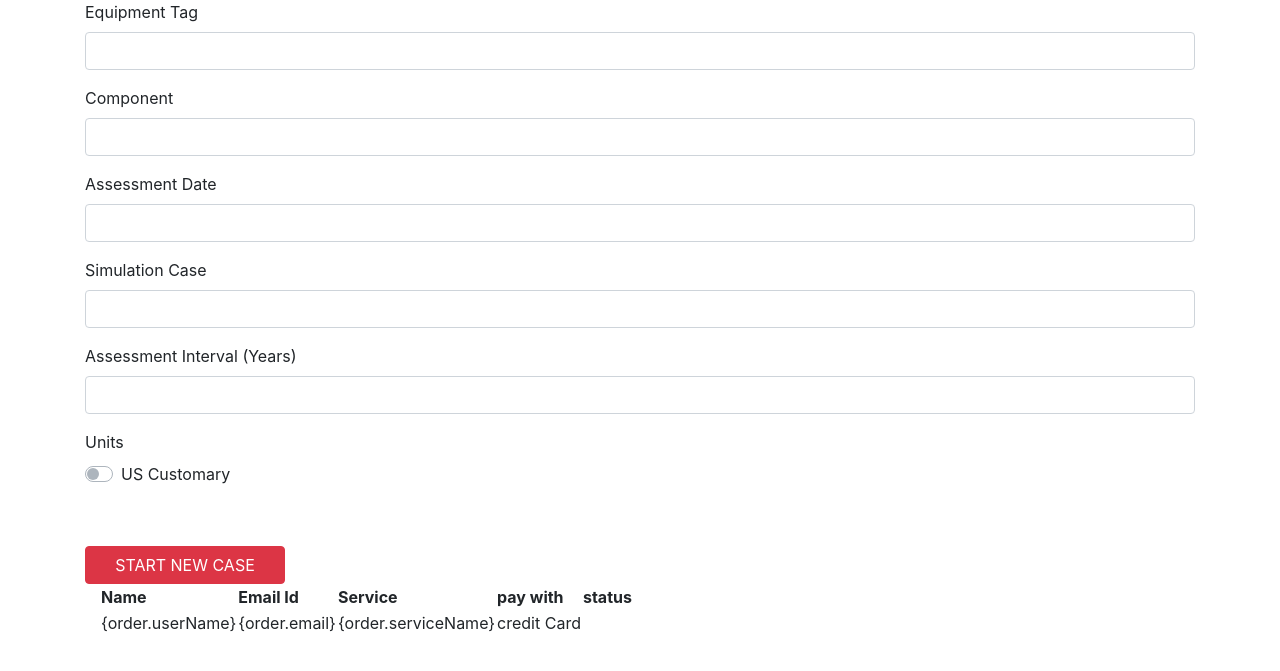
Repository: arif286/dashboard
Page: /
These files come from the project's save history. The page is drawn as it stood at one moment and after the next save; the edit follows.
The browser window is 1280 px wide. The pictures show the whole page.
The project was rebuilt for these pictures with package versions that can differ from the ones it lists, and the page was loaded fresh each time. The framework's server and built-in components were replaced by stand-ins that run in the browser. Also part of the build but not shown: nuxt.config.js, components/Nav.vue.

Above is the page before, as saved 2021-06-18 17:37:09.

### components/Form.vue
<template>
  <div>
    <form class="Assessment-input" action="">
      <div class="mb-3">
        <label for="Input1" class="form-label">Equipment Tag</label>
        <input id="Input1" type="text" class="form-control">
      </div>
      <div class="mb-3">
        <label for="Input2" class="form-label">Component</label>
        <input id="Input2" type="text" class="form-control">
      </div>
      <div class="mb-3">
        <label for="Input3" class="form-label">Assessment Date</label>
        <input id="Input3" type="text" class="form-control">
      </div>
      <div class="mb-3">
        <label for="Input4" class="form-label">Simulation Case</label>
        <input id="Input4" type="text" class="form-control">
      </div>
      <div class="mb-3">
        <label for="Input5" class="form-label">Assessment Interval (Years)</label>
        <input id="Input5" type="text" class="form-control">
      </div>
      <div>
        <label for="Input5" class="form-label">Units</label>
        <b-form-checkbox v-model="checked" name="check-button" switch>
          US Customary
        </b-form-checkbox>
      </div>
      <b-button class="submit-button" type="submit" variant="danger">
        START NEW CASE
      </b-button>
    </form>
  </div>
</template>
<script>
export default {
  data () {
    return {
      form: {
        email: '',
        name: '',
        food: null,
        checked: []
      },
      foods: [
        { text: 'Select One', value: null },
        'Carrots',
        'Beans',
        'Tomatoes',
        'Corn'
      ],
      show: true,
      checked: false
    }
  },
  methods: {
    onSubmit (event) {
      event.preventDefault()
      alert(JSON.stringify(this.form))
    }
  }
}
</script>
<style>
.submit-button {
  width: 200px;
  margin-top: 60px;
}
.Assessment-input input:focus {
  border-color: red;
  box-shadow: none;
}
</style>

### components/Table.vue
<template>
  <div>
    <table className="table table-borderless">
      <thead>
        <tr>
          <th className="text-secondary" scope="col">
            Name
          </th>
          <th className="text-secondary" scope="col">
            Email Id
          </th>
          <th className="text-secondary" scope="col">
            Service
          </th>
          <th className="text-secondary" scope="col">
            pay with
          </th>
          <th className="text-secondary" scope="col">
            status
          </th>
        </tr>
      </thead>
      <tbody>
        <tr>
          <td>{order.userName}</td>
          <td>{order.email}</td>
          <td>{order.serviceName}</td>
          <td>credit Card</td>
          <!-- <td>
            <select
              onBlur="{()"
              =
            >
              {
              handleUpdate(order._id);
              }}
              onChange={handleChange}
              className="form-select"
              aria-label="Default select example"
              >
              <option value="{order.status}">
                Pending
              </option>
              <option value="On going">
                On going
              </option>
              <option value="Done">
                Done
              </option>
            </select>
          </td> -->
        </tr>
      </tbody>
    </table>
  </div>
</template>
<script></script>
<style></style>

### pages/index.vue
<template>
  <div class="container">
    <div class="col-">
      <Form />
    </div>
    <div class="col-7">
      <Table />
    </div>
  </div>
</template>

<script>
// eslint-disable-next-line semi
export default {};
</script>

<style></style>

Loaded but not shown: layouts/default.vue (common file)

After the next save:
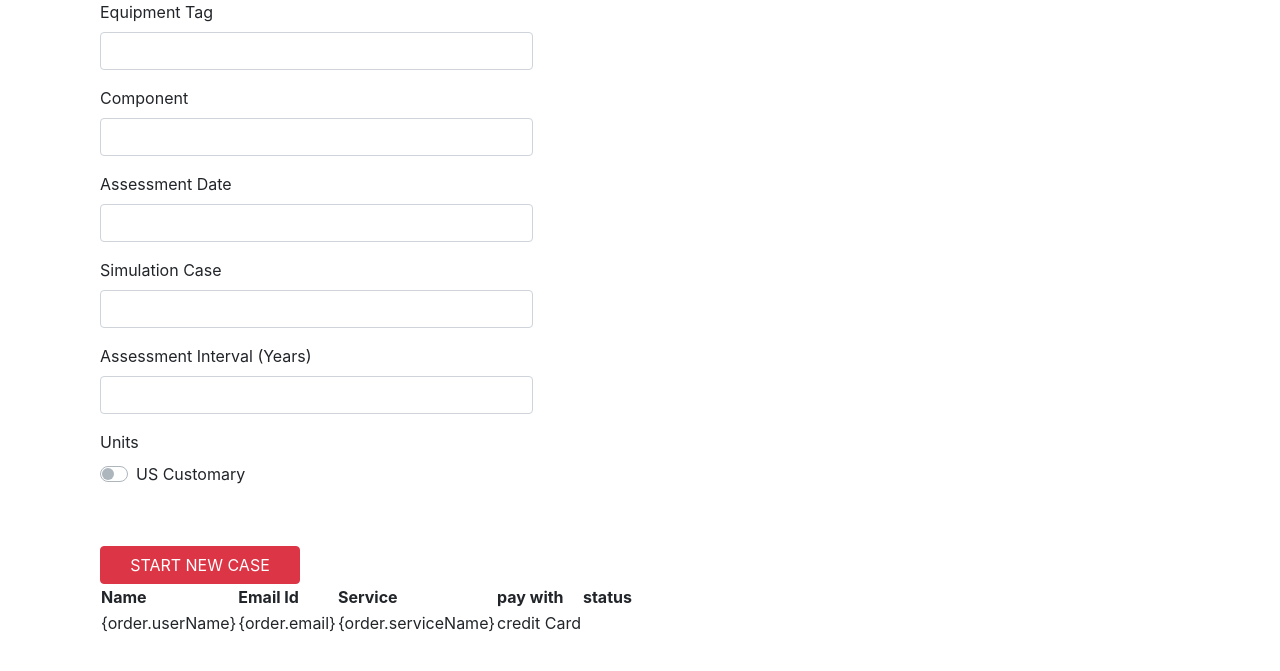
Saved 4 s later.
--- a/pages/index.vue
+++ b/pages/index.vue
@@ -1,6 +1,6 @@
 <template>
   <div class="container">
-    <div class="col-">
+    <div class="col-5">
       <Form />
     </div>
     <div class="col-7">
